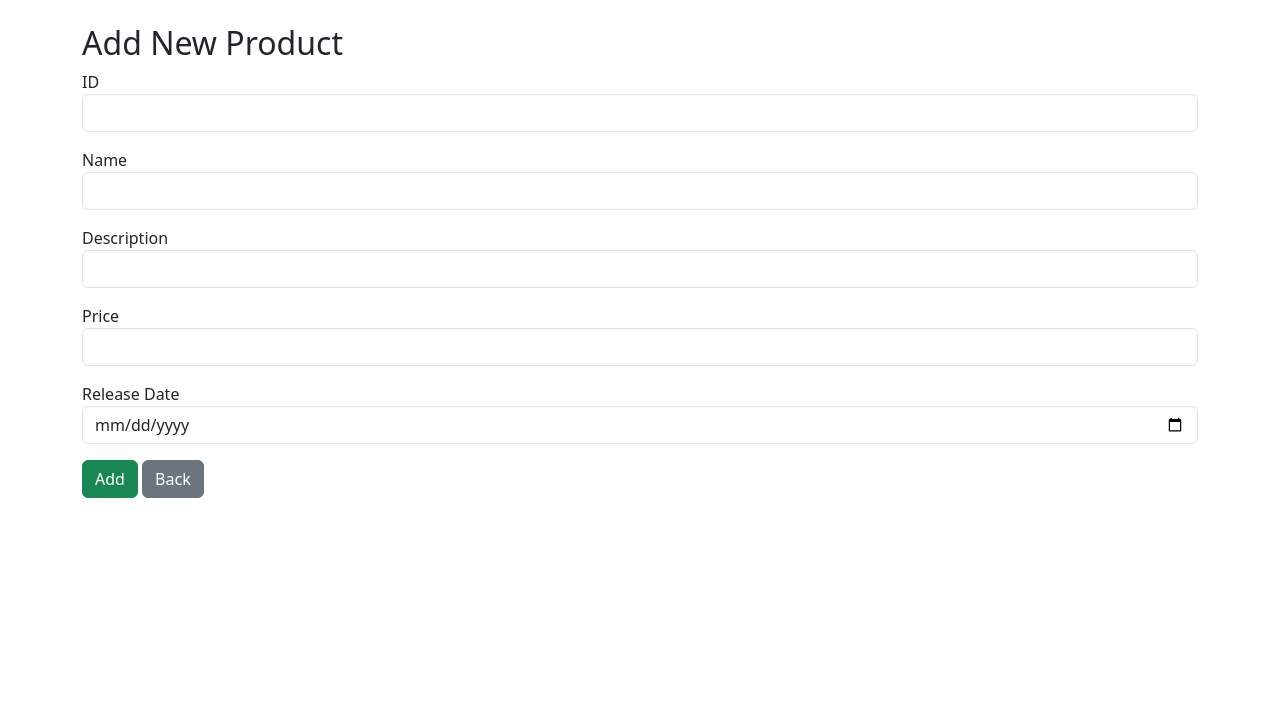
Repository: shyamoracle/training_case_study
Page: pmsagain/pmsitis/src/main/resources/webapp/add-product.html
An editor plug-in stored every save of this project. The page is shown before and after the next save, followed by the edit.
The browser window is 1280 px wide. The pictures show the whole page.

Above is the page before, as saved 2025-09-19 04:15:06.

### pmsagain/pmsitis/src/main/resources/webapp/add-product.html
<!DOCTYPE html>
<html>
<head>
  <meta charset="UTF-8">
  <title>Add Product</title>
  <link href="https://cdn.jsdelivr.net/npm/bootstrap@5.3.2/dist/css/bootstrap.min.css" rel="stylesheet">
</head>
<body>
  <div class="container mt-4">
    <h2>Add New Product</h2>
    <form id="addForm">
      <div class="mb-3">
        <label>ID</label><input type="number" class="form-control" id="productId" min="1" required>
      </div>
      <div class="mb-3">
        <label>Name</label><input type="text" class="form-control" id="productName" required>
      </div>
      <div class="mb-3">
        <label>Description</label><input type="text" class="form-control" id="productDescription" required>
      </div>
      <div class="mb-3">
        <label>Price</label><input type="number" class="form-control" id="productPrice" step="0.01" required>
      </div>
      <div class="mb-3">
        <label>Release Date</label><input type="date" class="form-control" id="productReleasedOn" required>
      </div>
      <button class="btn btn-success">Add</button>
      <a href="index.html" class="btn btn-secondary">Back</a>
    </form>
  </div>
  <script src="js/api.js"></script>
  <script src="js/add.js"></script>
</body>
</html>

### pmsagain/pmsitis/src/main/resources/webapp/js/api.js
const API_BASE = "http://localhost:8080/pmsapp/webapi/products";

async function getAllProducts() {
  const res = await fetch(`${API_BASE}/all`);
  return await res.json();
}

async function deleteProduct(id) {
  await fetch(`${API_BASE}/delete/${id}`, { method: "DELETE" });
}

async function addProduct(product) {
  return await fetch(`${API_BASE}/add`, {
    method: "POST",
    headers: { "Content-Type": "application/json" },
    body: JSON.stringify(product),
  });
}

async function getProduct(id) {
  const res = await fetch(`${API_BASE}/view?id=${id}`);
  return await res.json();
}

async function updateProduct(id, product) {
  return await fetch(`${API_BASE}/edit/${id}`, {
    method: "PUT",
    headers: { "Content-Type": "application/json" },
    body: JSON.stringify(product),
  });
}

### pmsagain/pmsitis/src/main/resources/webapp/js/add.js
const apiUrl = 'http://localhost:8080/pmsapp/webapi/products/add';

async function addProduct(product) {
  const response = await fetch(apiUrl, {
    method: 'POST',
    headers: {
      'Content-Type': 'application/json'
    },
    body: JSON.stringify(product)
  });

  if (!response.ok) {
    // Try to parse error message if possible
    const errorData = await response.json().catch(() => null);
    const errorMsg = errorData?.message || 'Failed to add product';
    throw new Error(errorMsg);
  }

  // Parse and return response body if needed, or just await to avoid unused variable
  await response.json();
}

document.getElementById('addForm').addEventListener('submit', async function(event) {
  event.preventDefault();

  const productId = parseInt(document.getElementById('productId').value);
  const productName = document.getElementById('productName').value.trim();
  const productDescription = document.getElementById('productDescription').value.trim();
  const productPrice = parseFloat(document.getElementById('productPrice').value);
  const productReleasedOn = document.getElementById('productReleasedOn').value;

  if (!productId || productId <= 0) {
    alert('Product ID should be a positive number.');
    return;
  }

  if (!productName) {
    alert('Product Name is required.');
    return;
  }

  if (isNaN(productPrice) || productPrice <= 0) {
    alert('Product Price should be a positive number.');
    return;
  }

  if (!productReleasedOn) {
    alert('Please select a Release Date.');
    return;
  }

  const newProduct = {
    productId,
    productName,
    productDescription,
    productPrice,
    productReleasedOn
  };

  try {
    await addProduct(newProduct);
    alert('Product added successfully!');
    document.getElementById('addForm').reset();
    window.location.href = 'index.html'; // Redirect to your main page
  } catch (error) {
    alert('Error adding product: ' + error.message);
    console.error(error);
  }
});

After the next save:
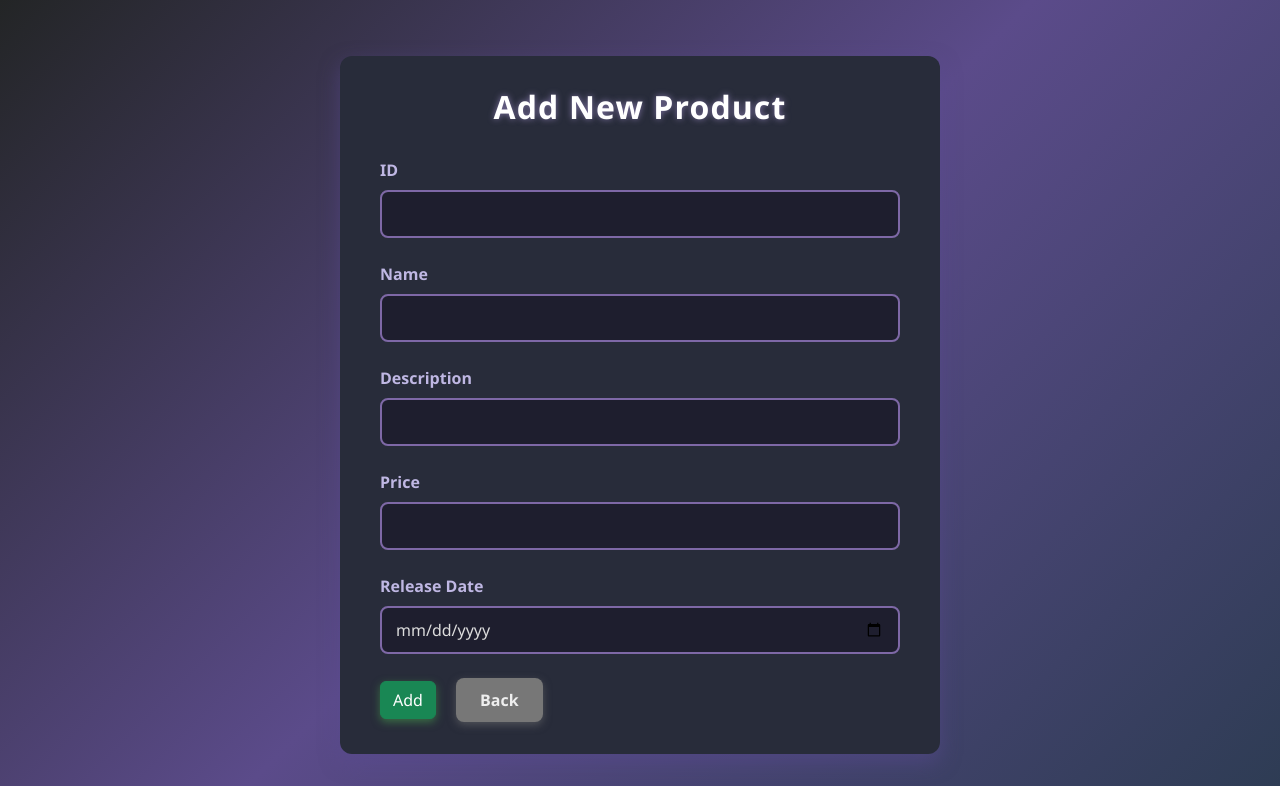
Saved 20 min 14 s later.
--- a/pmsagain/pmsitis/src/main/resources/webapp/add-product.html
+++ b/pmsagain/pmsitis/src/main/resources/webapp/add-product.html
@@ -4,6 +4,127 @@
   <meta charset="UTF-8">
   <title>Add Product</title>
   <link href="https://cdn.jsdelivr.net/npm/bootstrap@5.3.2/dist/css/bootstrap.min.css" rel="stylesheet">
+  <style>
+    /* Edit Page Body */
+    body {
+      background: linear-gradient(135deg, #232526, #5b4b8a, #2e3c54);
+      color: #e0e0e0;
+      font-family: 'Segoe UI', Tahoma, Geneva, Verdana, sans-serif;
+      min-height: 100vh;
+      padding: 2rem;
+    }
+
+    /* Container */
+    .container {
+      max-width: 600px;
+      margin: 0 auto;
+      background-color: #282c3a;
+      padding: 2rem 2.5rem;
+      border-radius: 12px;
+      box-shadow: 0 8px 20px rgba(89, 74, 146, 0.5);
+    }
+
+    /* Heading */
+    h2 {
+      color: #fff;
+      font-weight: 700;
+      text-align: center;
+      margin-bottom: 2rem;
+      letter-spacing: 1.1px;
+      text-shadow: 0 0 6px rgba(165, 147, 209, 0.7);
+    }
+
+    /* Form labels */
+    label {
+      display: block;
+      margin-bottom: 0.5rem;
+      color: #bfb7e3; /* lighter lavender */
+      font-weight: 600;
+    }
+
+    /* Form inputs */
+    input[type="text"],
+    input[type="number"],
+    input[type="date"] {
+      width: 100%;
+      padding: 10px 14px;
+      margin-bottom: 1.5rem;
+      border: 2px solid #7e68a6;
+      border-radius: 8px;
+      background-color: #1e1e2e;
+      color: #ddd;
+      font-size: 1rem;
+      transition: border-color 0.3s ease, box-shadow 0.3s ease;
+    }
+
+    input[type="text"]::placeholder,
+    input[type="number"]::placeholder,
+    input[type="date"]::placeholder {
+      color: #b0a6c0;
+      font-style: italic;
+    }
+
+    /* Focus effect */
+    input[type="text"]:focus,
+    input[type="number"]:focus,
+    input[type="date"]:focus {
+      outline: none;
+      border-color: #a593d1;
+      box-shadow: 0 0 8px 2px rgba(165, 147, 209, 0.7);
+      background-color: #2e3150;
+    }
+
+    /* Buttons */
+    button,
+    a.btn-secondary {
+      display: inline-block;
+      padding: 10px 24px;
+      font-weight: 600;
+      font-size: 1rem;
+      border-radius: 8px;
+      border: none;
+      cursor: pointer;
+      text-decoration: none;
+      user-select: none;
+      transition: background-color 0.3s ease, box-shadow 0.3s ease;
+    }
+
+    button {
+      background-color: #4caf50;
+      color: white;
+      margin-right: 1rem;
+      box-shadow: 0 3px 8px rgba(76, 175, 80, 0.5);
+    }
+
+    button:hover {
+      background-color: #388e3c;
+      box-shadow: 0 5px 15px rgba(76, 175, 80, 0.9);
+    }
+
+    a.btn-secondary {
+      background-color: #777;
+      color: #eee;
+      box-shadow: 0 3px 8px rgba(119, 119, 119, 0.5);
+    }
+
+    a.btn-secondary:hover {
+      background-color: #5a5a5a;
+      box-shadow: 0 5px 15px rgba(119, 119, 119, 0.8);
+    }
+
+    /* Responsive tweaks */
+    @media (max-width: 480px) {
+      .container {
+        padding: 1.5rem 1.5rem;
+      }
+
+      button, a.btn-secondary {
+        width: 100%;
+        margin: 0 0 1rem 0;
+        text-align: center;
+      }
+    }
+  </style>
 </head>
 <body>
   <div class="container mt-4">
